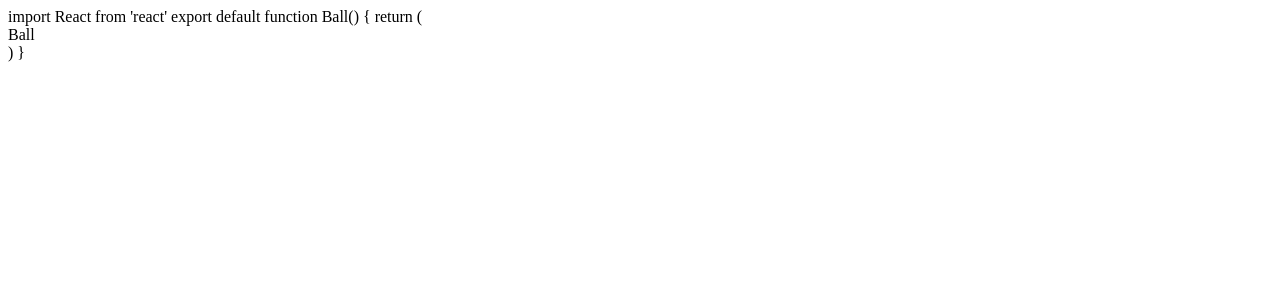
Repository: Jacob1-debug/portfolio_mine
Page: portfolio_website-STARTER/src/components/Technologies/Ball.html
These files come from the project's save history. The page is drawn as it stood at one moment and after the next save; the edit follows.
The browser window is 1280 px wide. The pictures show the whole page.

Above is the page before, as saved 2022-11-16 12:33:24.

After the next save:
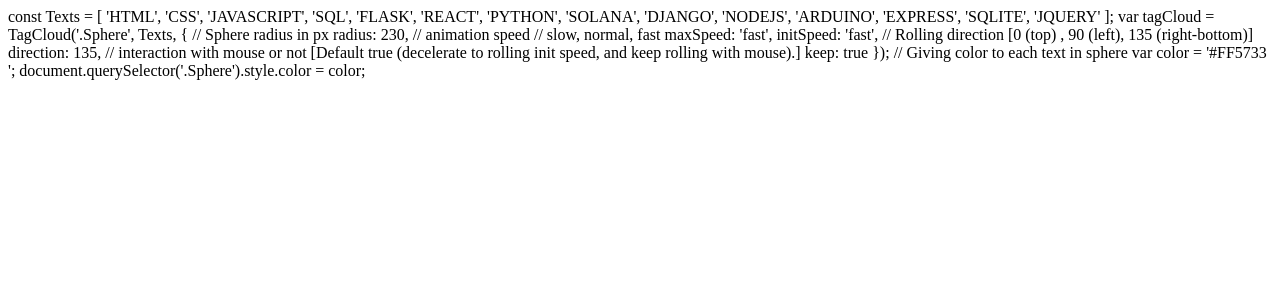
Saved 38 s later.
--- a/portfolio_website-STARTER/src/components/Technologies/Ball.html
+++ b/portfolio_website-STARTER/src/components/Technologies/Ball.html
@@ -1,7 +1,29 @@
-import React from 'react'
+const Texts = [
+'HTML', 'CSS', 'JAVASCRIPT',
+'SQL', 'FLASK', 'REACT',
+'PYTHON', 'SOLANA',
+'DJANGO', 'NODEJS', 'ARDUINO',
+'EXPRESS', 'SQLITE', 'JQUERY'
+];
 
-export default function Ball() {
-  return (
-    <div>Ball</div>
-  )
-}
+var tagCloud = TagCloud('.Sphere', Texts, {
+
+// Sphere radius in px
+radius: 230,
+
+// animation speed
+// slow, normal, fast
+maxSpeed: 'fast',
+initSpeed: 'fast',
+
+// Rolling direction [0 (top) , 90 (left), 135 (right-bottom)]
+direction: 135,
+
+// interaction with mouse or not [Default true (decelerate to rolling init speed, and keep rolling with mouse).]
+keep: true
+
+});
+
+// Giving color to each text in sphere
+var color = '#FF5733 ';
+document.querySelector('.Sphere').style.color = color;
